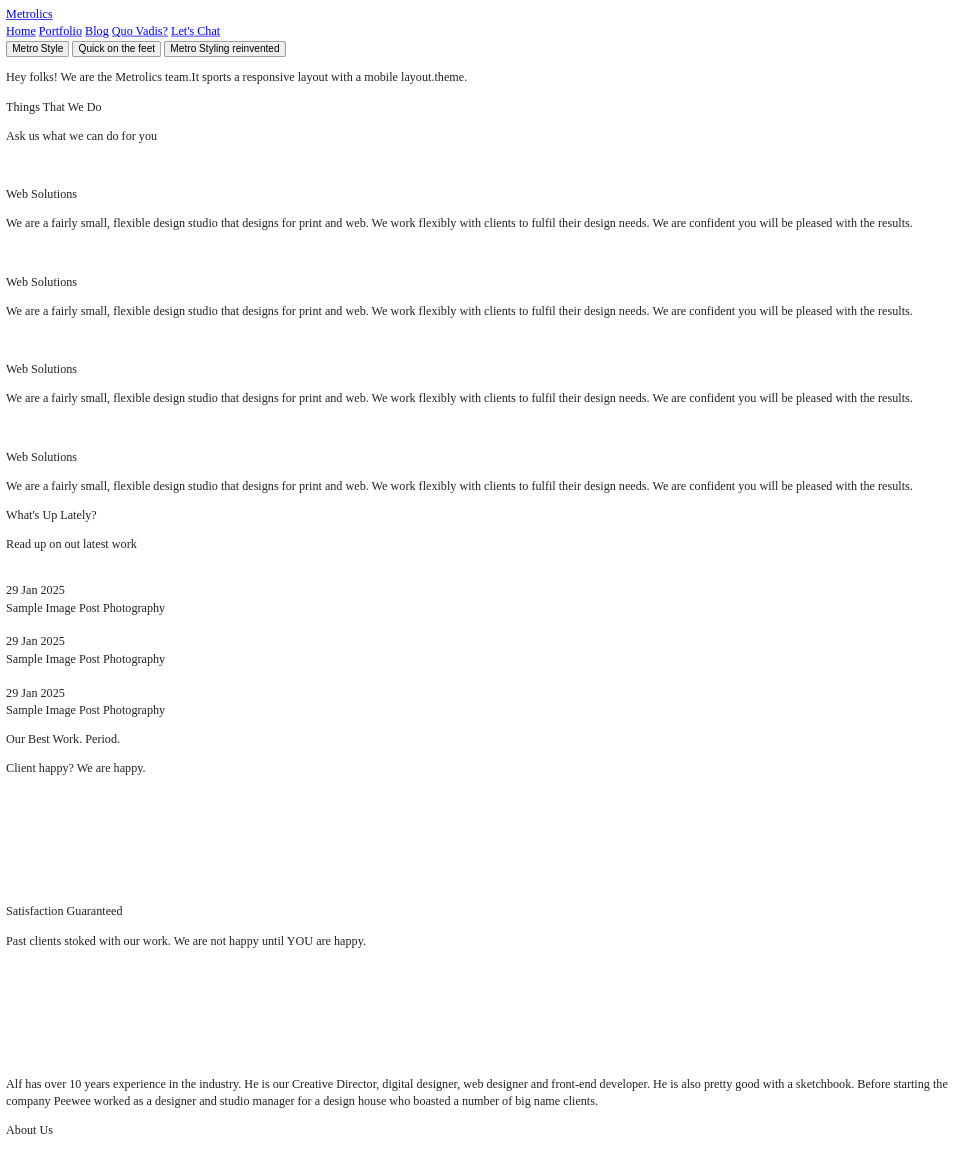
Repository: Angehyy/wk02_site
Page: index.html
The author's editor kept a copy of each file at every save. The page is drawn from the files as they stood at one save, then again after the next save.
The browser window is 1280 px wide. The pictures show the whole page, at 76% of full size.

Above is the page before, as saved 2025-01-20 00:39:52.

### index.html
<!doctype html>
<html class="no-js" lang="">

<head>
  <meta charset="utf-8">
  <meta name="viewport" content="width=device-width, initial-scale=1">
  <title>Metrolics</title>
  <link rel="stylesheet" href="css/style.css">
  <meta name="description" content="Learn about Metrolics">

  <meta property="og:title" content="">
  <meta property="og:type" content="">
  <meta property="og:url" content="">
  <meta property="og:image" content="">
  <meta property="og:image:alt" content="">

  <link rel="icon" href="/favicon.ico" sizes="any">
  <link rel="icon" href="/icon.svg" type="image/svg+xml">
  <link rel="apple-touch-icon" href="icon.png">

  <link rel="manifest" href="site.webmanifest">
  <meta name="theme-color" content="#fafafa">
</head>

<body>
  <header>
    <div class="header">
      <a href="#default" class="">Metrolics</a>
      <div class="">
        <a href="#home">Home</a>
        <a href="#portfolio">Portfolio</a>
        <a href="#blog">Blog</a>
        <a href="#quovadis">Quo Vadis?</a>
        <a href="chat">Let's Chat</a>
      </div>
    </div>
  </header>

  <main>
    <div>
      <button class="">Metro Style</button>
      <button class="">Quick on the feet</button>
      <button class="">Metro Styling reinvented</button>
      <img src="" alt="">
    </div>

    <div class="">
      <p>Hey folks! We are the <span>Metrolics</span> team.It sports a responsive layout with a mobile layout.theme.</p>
    </div>

    <section class="">
      <p>Things That We Do</p>
      <p>Ask us what we can do for you</p>
    </section>

    <div class="flex-container">
      <div class="item">
        <img src="" alt="">
        <p class="">Web Solutions</p>
        <p>We are a fairly small, flexible design studio that designs for print and web. We work flexibly with clients to fulfil their design needs. We are confident you will be pleased with the results.</p>
      </div>

      <div class="item">
        <img src="" alt="">
        <p class="">Web Solutions</p>
        <p>We are a fairly small, flexible design studio that designs for print and web. We work flexibly with clients to fulfil their design needs. We are confident you will be pleased with the results.</p>
      </div>

      <div class="item">
        <img src="" alt="">
        <p class="">Web Solutions</p>
        <p>We are a fairly small, flexible design studio that designs for print and web. We work flexibly with clients to fulfil their design needs. We are confident you will be pleased with the results.</p>
      </div>

      <div class="item">
        <img src="" alt="">
        <p class="">Web Solutions</p>
        <p>We are a fairly small, flexible design studio that designs for print and web. We work flexibly with clients to fulfil their design needs. We are confident you will be pleased with the results.</p>
      </div>
    </div>

    <section class="">
      <p>What's Up Lately?</p>
      <p>Read up on out latest work</p>
    </section>

    <div class="flex-container">
      <div class="">
        <img src="" alt="">
        <div>
          <span class="date-top">29</span>
          <span class="month-bottom">Jan 2025</span>
        </div>
        <div class="description">
          <span class="">Sample Image Post</span>
          <span class="">Photography</span>
        </div>
      </div>
      <div class="">
        <img src="" alt="">
        <div>
          <span class="date-top">29</span>
          <span class="month-bottom">Jan 2025</span>
        </div>
        <div class="description">
          <span class="">Sample Image Post</span>
          <span class="">Photography</span>
        </div>
      </div>
      <div class="">
        <img src="" alt="">
        <div>
          <span class="date-top">29</span>
          <span class="month-bottom">Jan 2025</span>
        </div>
        <div class="description">
          <span class="">Sample Image Post</span>
          <span class="">Photography</span>
        </div>
      </div>
    </div>

    <section class="">
      <p>Our Best Work. Period.</p>
      <p>Client happy? We are happy.</p>
    </section>

    <div class="flex-container"></div>
      <div class="">
        <img src="" alt="">
      </div>
      <div class="">
        <img src="" alt="">
      </div>
      <div class="">
        <img src="" alt="">
      </div>
      <div class="">
        <img src="" alt="">
      </div>
      <div class="">
        <img src="" alt="">
      </div>
      <div class="">
        <img src="" alt="">
      </div>
    </div>

    <section>
      <p>Satisfaction Guaranteed</p>
      <p>Past clients stoked with our work. We are not happy until YOU are happy.</p>
    </section>

    <div class="flex-container">
      <div class="client" id="kirita">
        <span class="">
          <img src="" alt="">
        </span>
      </div>
      <div class="client" id="inkscape">
        <span class="">
          <img src="" alt="">
        </span>
      </div>
      <div class="client" id="godot">
        <span class="">
          <img src="" alt="">
        </span>
      </div>
      <div class="client" id="blender">
        <span class="">
          <img src="" alt="">
        </span>
      </div>
      <div class="client" id="penpot">
        <span class="">
          <img src="" alt="">
        </span>
      </div>
    </div>

  </main>

  <footer class="">
    <section>
      <span>
        <img src="" alt="">
        <p>Alf has over 10 years experience in the industry. He is our Creative Director, digital designer, web designer and front-end developer. He is also pretty good with a sketchbook. Before starting the company Peewee worked as a designer and studio manager for a design house who boasted a number of big name clients.</p></span>
    </section>
    <div class="">
      <p class="">About Us</p>
      <p></p>


    </div>

  </footer>

  <script src="js/app.js"></script>

</body>

</html>

### css/style.css
/*! HTML5 Boilerplate v9.0.1 | MIT License | https://html5boilerplate.com/ */

/* main.css 3.0.0 | MIT License | https://github.com/h5bp/main.css#readme */
/*
 * What follows is the result of much research on cross-browser styling.
 * Credit left inline and big thanks to Nicolas Gallagher, Jonathan Neal,
 * Kroc Camen, and the H5BP dev community and team.
 */

/* ==========================================================================
   Base styles: opinionated defaults
   ========================================================================== */

html {
  color: #222;
  font-size: 1em;
  line-height: 1.4;
}

/*
 * Remove text-shadow in selection highlight:
 * https://twitter.com/miketaylr/status/12228805301
 *
 * Customize the background color to match your design.
 */

::-moz-selection {
  background: #b3d4fc;
  text-shadow: none;
}

::selection {
  background: #b3d4fc;
  text-shadow: none;
}

/*
 * A better looking default horizontal rule
 */

hr {
  display: block;
  height: 1px;
  border: 0;
  border-top: 1px solid #ccc;
  margin: 1em 0;
  padding: 0;
}

/*
 * Remove the gap between audio, canvas, iframes,
 * images, videos and the bottom of their containers:
 * https://github.com/h5bp/html5-boilerplate/issues/440
 */

audio,
canvas,
iframe,
img,
svg,
video {
  vertical-align: middle;
}

/*
 * Remove default fieldset styles.
 */

fieldset {
  border: 0;
  margin: 0;
  padding: 0;
}

/*
 * Allow only vertical resizing of textareas.
 */

textarea {
  resize: vertical;
}

/* ==========================================================================
   Author's custom styles
   ========================================================================== */

/* ==========================================================================
   Helper classes
   ========================================================================== */

/*
 * Hide visually and from screen readers
 */

.hidden,
[hidden] {
  display: none !important;
}

/*
 * Hide only visually, but have it available for screen readers:
 * https://snook.ca/archives/html_and_css/hiding-content-for-accessibility
 *
 * 1. For long content, line feeds are not interpreted as spaces and small width
 *    causes content to wrap 1 word per line:
 *    https://medium.com/@jessebeach/beware-smushed-off-screen-accessible-text-5952a4c2cbfe
 */

.visually-hidden {
  border: 0;
  clip: rect(0, 0, 0, 0);
  height: 1px;
  margin: -1px;
  overflow: hidden;
  padding: 0;
  position: absolute;
  white-space: nowrap;
  width: 1px;
  /* 1 */
}

/*
 * Extends the .visually-hidden class to allow the element
 * to be focusable when navigated to via the keyboard:
 * https://www.drupal.org/node/897638
 */

.visually-hidden.focusable:active,
.visually-hidden.focusable:focus {
  clip: auto;
  height: auto;
  margin: 0;
  overflow: visible;
  position: static;
  white-space: inherit;
  width: auto;
}

/*
 * Hide visually and from screen readers, but maintain layout
 */

.invisible {
  visibility: hidden;
}

/*
 * Clearfix: contain floats
 *
 * The use of `table` rather than `block` is only necessary if using
 * `::before` to contain the top-margins of child elements.
 */

.clearfix::before,
.clearfix::after {
  content: "";
  display: table;
}

.clearfix::after {
  clear: both;
}

/* ==========================================================================
   EXAMPLE Media Queries for Responsive Design.
   These examples override the primary ('mobile first') styles.
   Modify as content requires.
   ========================================================================== */

@media only screen and (min-width: 35em) {
  /* Style adjustments for viewports that meet the condition */
}

@media print,
  (-webkit-min-device-pixel-ratio: 1.25),
  (min-resolution: 1.25dppx),
  (min-resolution: 120dpi) {
  /* Style adjustments for high resolution devices */
}

/* ==========================================================================
   Print styles.
   Inlined to avoid the additional HTTP request:
   https://www.phpied.com/delay-loading-your-print-css/
   ========================================================================== */

@media print {
  *,
  *::before,
  *::after {
    background: #fff !important;
    color: #000 !important;
    /* Black prints faster */
    box-shadow: none !important;
    text-shadow: none !important;
  }

  a,
  a:visited {
    text-decoration: underline;
  }

  a[href]::after {
    content: " (" attr(href) ")";
  }

  abbr[title]::after {
    content: " (" attr(title) ")";
  }

  /*
   * Don't show links that are fragment identifiers,
   * or use the `javascript:` pseudo protocol
   */
  a[href^="#"]::after,
  a[href^="javascript:"]::after {
    content: "";
  }

  pre {
    white-space: pre-wrap !important;
  }

  pre,
  blockquote {
    border: 1px solid #999;
    page-break-inside: avoid;
  }

  tr,
  img {
    page-break-inside: avoid;
  }

  p,
  h2,
  h3 {
    orphans: 3;
    widows: 3;
  }

  h2,
  h3 {
    page-break-after: avoid;
  }
}

Loaded but not shown: js/app.js (no stored copy; drawn as an empty file)

After the next save:
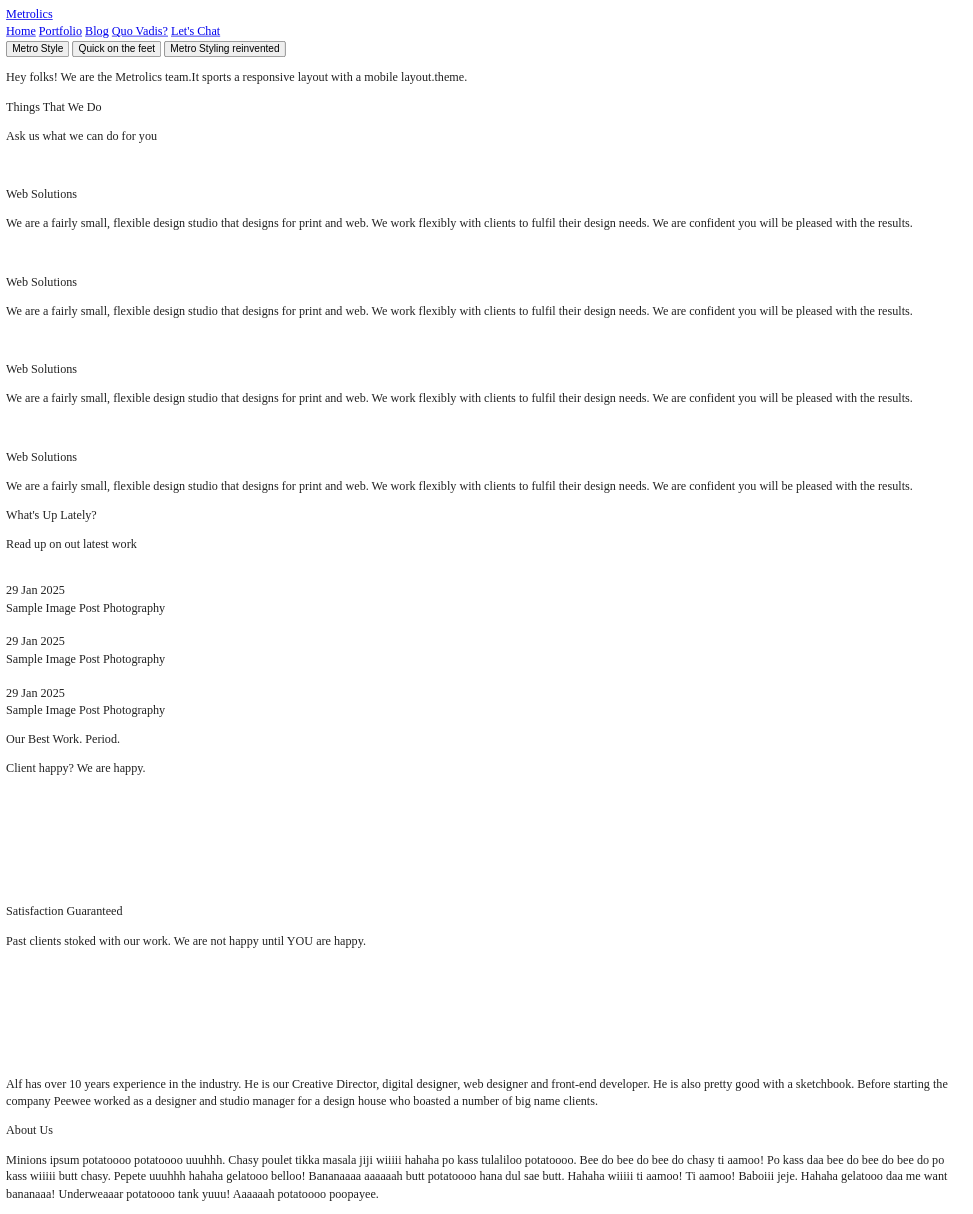
Saved 18 s later.
--- a/index.html
+++ b/index.html
@@ -189,7 +189,9 @@
     </section>
     <div class="">
       <p class="">About Us</p>
-      <p></p>
+      <p>Minions ipsum potatoooo potatoooo uuuhhh. Chasy poulet tikka masala jiji wiiiii hahaha po kass tulaliloo potatoooo. Bee do bee do bee do chasy ti aamoo! Po kass daa bee do bee do bee do po kass wiiiii butt chasy.
+
+        Pepete uuuhhh hahaha gelatooo belloo! Bananaaaa aaaaaah butt potatoooo hana dul sae butt. Hahaha wiiiii ti aamoo! Ti aamoo! Baboiii jeje. Hahaha gelatooo daa me want bananaaa! Underweaaar potatoooo tank yuuu! Aaaaaah potatoooo poopayee. </p>
 
 
     </div>
